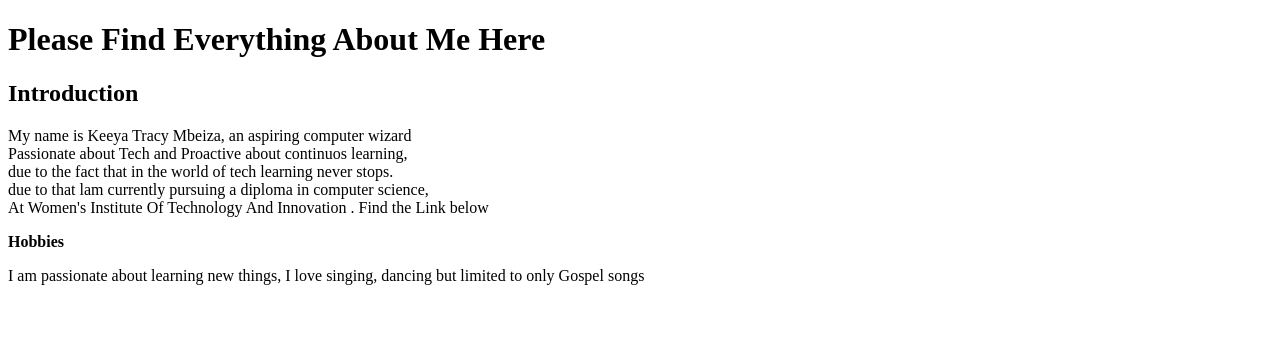
Repository: tracykeeya/my_first_web
Page: index.html
The author's editor kept a copy of each file at every save. The page is drawn from the files as they stood at one save, then again after the next save.
The browser window is 1280 px wide. The pictures show the whole page.

Above is the page before, as saved 2025-11-03 02:41:11.

### index.html
<!DOCTYPE html>
<html lang="en">
<head>
    <meta charset="UTF-8">
    <meta name="viewport" content="width=device-width, initial-scale=1.0">
    <title>My First Web Page</title>
</head>
<body>
    <h1>Please Find Everything About Me Here</h1>
    <h2>Introduction</h2>

    <p>My name is Keeya Tracy Mbeiza, an aspiring computer wizard<br>Passionate about Tech and Proactive about continuos learning,<br> due to the fact that in the world of tech learning never stops.<br> due to that lam currently pursuing a diploma in computer science,<br>
        At Women's Institute Of Technology And Innovation . Find the Link below </br></p>
    <a href="https://www.witi.ac.ug/"></a>

    <p><b>Hobbies</b></p>
    I am passionate about learning new things,
    I love singing, dancing but limited to only Gospel songs

</body>
</html>

After the next save:
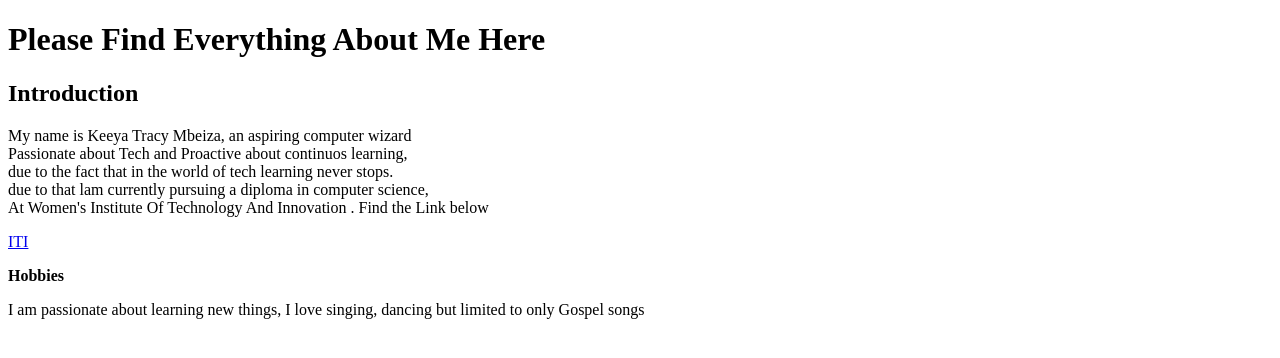
Saved 84 s later.
--- a/index.html
+++ b/index.html
@@ -11,7 +11,7 @@
 
     <p>My name is Keeya Tracy Mbeiza, an aspiring computer wizard<br>Passionate about Tech and Proactive about continuos learning,<br> due to the fact that in the world of tech learning never stops.<br> due to that lam currently pursuing a diploma in computer science,<br>
         At Women's Institute Of Technology And Innovation . Find the Link below </br></p>
-    <a href="https://www.witi.ac.ug/"></a>
+    <a href="https://www.witi.ac.ug/">ITI</a>
 
     <p><b>Hobbies</b></p>
     I am passionate about learning new things,
